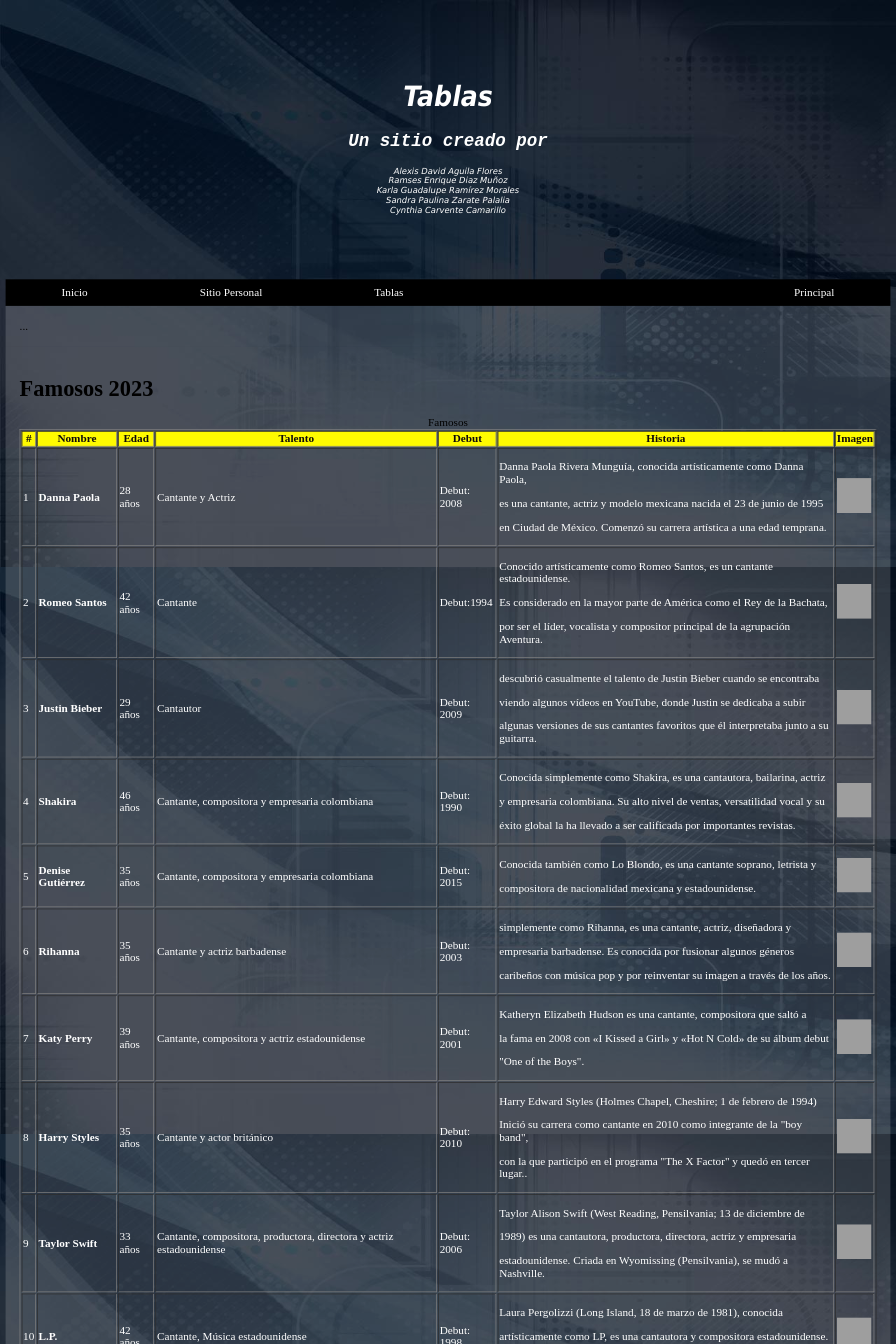
Repository: Dogueen/miniProyectoUniversidad
Page: miniProyecto/pages/tablas.html
The author's editor kept a copy of each file at every save. The page is drawn from the files as they stood at one save, then again after the next save.
The browser window is 1280 px wide. The pictures show the part of the page from y = 0 to 1920 px (the page is 2025 px tall before and 4271 px after), at 70% of full size.
Pictures or frames that could not be fetched are drawn as grey boxes.

Above is the page before, as saved 2023-10-31 11:36:30.

### miniProyecto/pages/tablas.html
<!DOCTYPE html>
<html lang="es">



<head>
    <title>Ejemplo de un Website</title>
    <meta charset="UTF-8">
    <meta name="viewport" content="width=device-width, initial-scale=1">
    <link rel="stylesheet" type="text/css" href="../styles/tablas.css" />

    <style>
    </style>
</head>

<body>

    <div class="header">
        <h1>Tablas</h1>
        <h2> Un sitio creado por</h2>
        <dl>
            <dt>Alexis David Aguila Flores</dt>
            <dt>Ramses Enrique Diaz Muñoz</dt>
            <dt>Karla Guadalupe Ramírez Morales</dt>
            <dt>Sandra Paulina Zarate Palalia</dt>
            <dt>Cynthia Carvente Camarillo</dt>
        </dl>
    </div>

    <div class="navbar">
        <a href="inicio.html">Inicio</a>
        <a href="personal.html">Sitio Personal</a>
        <a href="tablas.html">Tablas</a>
        <a href="../principal.html" class="right">Principal</a>
    </div>

    <div class="row">
        <div class="side">...</div>
        <div class="main"><body>
            <h1>Famosos 2023</h1>

        <table border="1">
            <caption>Famosos</caption>
            <thead>
            <tr style=" background-color: rgb(255, 251, 0); color: #0e0a0a
            ;">
                <th>#</th>
                <th>Nombre</th>
                <th>Edad</th>
                <th>Talento</th>
                <th>Debut</th>
                <th>Historia</th>
                <th>Imagen</th>
            </tr>
            </thead><tbody>
            <tr style=" color: #ffffff ;">
                <td>1</td>
                <td><b>Danna Paola</b></td>
                <td>28 años</td>
                <td>Cantante y Actriz</td>
                <td>Debut: 2008 </td>
                <td><p>Danna Paola Rivera Munguía, conocida artísticamente como Danna Paola,</p>
                    <p>es una cantante, actriz y modelo mexicana nacida el 23 de junio de 1995</p>
                    <p>en Ciudad de México. Comenzó su carrera artística a una edad temprana.</p></td>
                <td>
                    <img src="https://tse2.mm.bing.net/th?id=OIP.2fKZFBXqqh_tXzieK95NMwHaHa&pid=Api&P=0&h=180" alt="descripcion de la imagen" width="50" height="50">
                </td>
            </tr>
            <tr style=" color: #ffffff ;">
                <td>2</td>
                <td><b>Romeo Santos</b></td>
                <td>42 años</td>
                <td>Cantante</td>
                <td>Debut:1994</td>
                <td><p>Conocido artísticamente como Romeo Santos, es un cantante estadounidense.</p>
                    <p>Es considerado en la mayor parte de América como el Rey de la Bachata,</p>
                    <p>por ser el líder, vocalista y compositor principal de la agrupación Aventura.</p></td>
                <td>
                    <img src="https://tse3.mm.bing.net/th?id=OIP.czh87NhNG3h058hLlqpQcgHaE5&pid=Api&P=0&h=180" alt="descripcion de la imagen" width="50" height="50">
                </td>
            </tr>
            <tr style=" color: #ffffff ;">
                <td>3</td>
                <td><b>Justin Bieber</b></td>
                <td>29 años</td>
                <td>Cantautor</td>
                <td>Debut: 2009 </td>
                <td><p>descubrió casualmente el talento de Justin Bieber cuando se encontraba</p>
                    <p>viendo algunos vídeos en YouTube, donde Justin se dedicaba a subir</p>
                    <p>algunas versiones de sus cantantes favoritos que él interpretaba junto a su guitarra.</p></td>
                <td>
                    <img src="https://s.yimg.com/fz/api/res/1.2/oy0MceollK5boXGxxNZTCA--~C/YXBwaWQ9c3JjaGRkO2ZpPWZpbGw7aD0yMjA7cT04MDt3PTE2NQ--/https://s.yimg.com/zb/imgv1/ae6fe20c-f179-3158-bc27-ace88caafc9a/t_500x300" alt="descripcion de la imagen" width="50" height="50">
                </td>
            </tr>
            <tr style=" color: #ffffff ;">
                <td>4</td>
                <td><b>Shakira</b></td>
                <td>46 años</td>
                <td>Cantante, compositora y empresaria colombiana</td>
                <td>Debut: 1990</td>
                <td><p>Conocida simplemente como Shakira, es una cantautora, bailarina, actriz</p>
                    <p>y empresaria colombiana. Su alto nivel de ventas, versatilidad vocal y su</p>
                    <p>éxito global la ha llevado a ser calificada por importantes revistas.</p></td>
                <td>
                    <img src="https://br.web.img3.acsta.net/pictures/15/09/24/11/19/077124.jpg" alt="descripcion de la imagen" width="50" height="50">
                </td>
            </tr>
            <tr style=" color: #ffffff ;">
                <td>5</td>
                <td><b>Denise Gutiérrez</b></td>
                <td>35 años</td>
                <td>Cantante, compositora y empresaria colombiana</td>
                <td>Debut: 2015 </td>
                <td><p>Conocida  también como Lo Blondo, es una cantante soprano, letrista y </p>
                    <p> compositora de nacionalidad mexicana y estadounidense.</p></td>
                <td>
                    <img src="http://p2.trrsf.com/image/fget/cf/600/600/images.terra.com/2014/08/17/denise-gutierrez-mym.jpg" alt="descripcion de la imagen" width="50" height="50">
                </td>
            </tr>
            <tr style=" color: #ffffff ;">
                <td>6</td>
                <td><b>Rihanna</b></td>
                <td>35 años</td>
                <td>Cantante y actriz barbadense</td>
                <td>Debut: 2003 </td>
                <td><p>simplemente como Rihanna, es una cantante, actriz, diseñadora y</p>
                    <p>empresaria barbadense. Es conocida por fusionar algunos géneros</p>
                <p>caribeños con música pop y por reinventar su imagen a través de los años.</p></td>
                <td>
                    <img src="https://thatgrapejuice.net/wp-content/uploads/2018/01/rihanna-fenty-beauty-2018-thatgrapejuice.jpg" alt="descripcion de la imagen" width="50" height="50">
                </td>
            </tr>
            <tr style=" color: #ffffff ;">
                <td>7</td>
                <td><b>Katy Perry</b></td>
                <td>39 años</td>
                <td>Cantante, compositora y actriz estadounidense</td>
                <td>Debut: 2001</td>
                <td><p>Katheryn Elizabeth Hudson es una cantante, compositora que saltó a</p>
                <p>la fama en 2008 con «I Kissed a Girl» y «Hot N Cold» de su álbum debut</p>
                <p>"One of the Boys".</p></td>
                <td>
                    <img src="https://thatgrapejuice.net/wp-content/uploads/2018/01/rihanna-fenty-beauty-2018-thatgrapejuice.jpg" alt="descripcion de la imagen" width="50" height="50">
                </td>
            </tr>
            <tr style=" color: #ffffff ;">
                <td>8</td>
                <td><b>Harry Styles</b></td>
                <td>35 años</td>
                <td>Cantante y actor británico</td>
                <td>Debut: 2010</td>
                <td><p>Harry Edward Styles (Holmes Chapel, Cheshire; 1 de febrero de 1994)</p>
                <p> Inició su carrera como cantante en 2010 como integrante  de la "boy band",</p>
                <p>con la que participó en el programa "The X Factor" y quedó en tercer lugar..</p></td>
                <td>
                    <img src="https://s.yimg.com/fz/api/res/1.2/.ydV9zweXuGcpbqbK_hIcw--~C/YXBwaWQ9c3JjaGRkO2ZpPWZpbGw7aD0yMjA7cT04MDt3PTE0NQ--/https://s.yimg.com/zb/imgv1/a87cb604-64be-3568-a4c6-cff440b6300f/t_500x300" alt="descripcion de la imagen" width="50" height="50">
                </td>
            </tr>
            <tr style=" color: #ffffff ;">
                <td>9</td>
                <td><b>Taylor Swift</b></td>
                <td>33 años</td>
                <td>Cantante, compositora, productora, directora y actriz estadounidense</td>
                <td>Debut: 2006</td>
                <td><p>Taylor Alison Swift (West Reading, Pensilvania; 13 de diciembre de</p>
                <p>1989) es una cantautora, productora, directora, actriz y empresaria</p>
                <p>estadounidense. Criada en Wyomissing (Pensilvania), se mudó a Nashville.</p></td>
                <td>
                    <img src="https://www.xtrafondos.com/wallpapers/taylor-swift-3661.jpg" alt="descripcion de la imagen" width="50" height="50">
                </td>
            </tr>
            <tr style=" color: #ffffff ;">
                <td>10</td>
                <td><b>L.P.</b></td>
                <td>42 años</td>
                <td>Cantante, Música estadounidense</td>
                <td>Debut: 1998</td>
                <td><p>Laura Pergolizzi (Long Island, 18 de marzo de 1981), conocida</p>
                <p>artísticamente como LP, es una cantautora y compositora estadounidense.</p>
                <p>Entre sus trabajos, destaca el exitoso sencillo «Lost on You».</p></td>
                <td>
                    <img src="https://burdas.cl/wp-content/uploads/2018/01/LP.jpg" alt="descripcion de la imagen" width="50" height="50">
                </td>
            </tr>
            </tbody>
          </body>
          <tfoot>
            <tr style=" color: #ffffff ;">
                <th>#</th>
                <th>Nombre</th>
                <th>Edad</th>
                <th>Talento</th>
                <th>Debut</th>
                <th>Historia</th>
                <th>Imagen</th>
            </tr>
          </tfoot>
        </table></div>
    </div>

</body>

</html>

### miniProyecto/styles/tablas.css
body {
    background-image: url("../images/bg-img.jpg");
}

.header {
    padding: 80px;
    text-align: center;
    color: white;
}

.header h1 {
    font-size: 40px;
    font-style: italic;
    font-family: Tahoma;
}

.header h2 {
    font-size: 25px;
    font-style: italic;
    font-family: monospace;
}

.header dl {
    font-size: 12px;
    font-style: italic;
    font-family: Verdana, Geneva, Tahoma, sans-serif;
}

.navbar {
    overflow: hidden;
    background-color: #000000;
}

.navbar a {
    float: left;
    display: block;
    color: white;
    text-align: center;
    padding: 10px 80px;
    text-decoration: none;
}

.navbar a:hover {
    background-color: #ddd;
    color: black;
}

.navbar a.right {
    float: right;
}

* {
    box-sizing: border-box;
}

.row {
    display: flex;
    flex-wrap: wrap;
}

.side {
    flex: 30%;
    background-color: #f1f1f12a;
    padding: 20px;
}

.main {
    flex: 90%;
    background-color: #f1f1f12a;
    padding: 20px;
}

@media screen and (max-width: 700px) {
    .row {
        flex-direction: column;
    }
}

@media screen and (max-width: 400px) {
    .navbar a {
        float: none;
        width: 100%;
    }
}

After the next save:
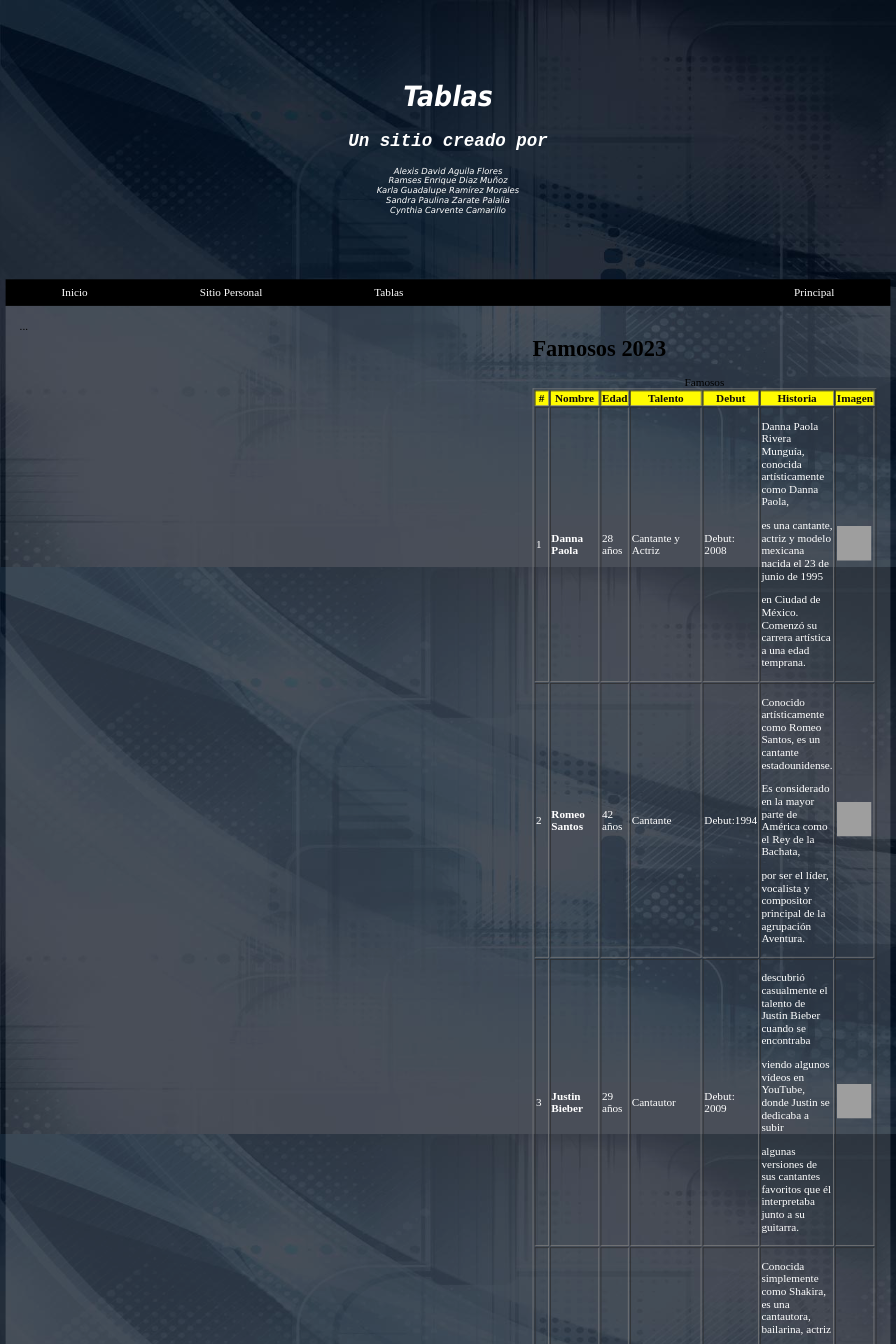
Saved 6 s later.
--- a/miniProyecto/styles/tablas.css
+++ b/miniProyecto/styles/tablas.css
@@ -65,7 +65,7 @@ body {
 }
 
 .main {
-    flex: 90%;
+    flex: 0%;
     background-color: #f1f1f12a;
     padding: 20px;
 }
